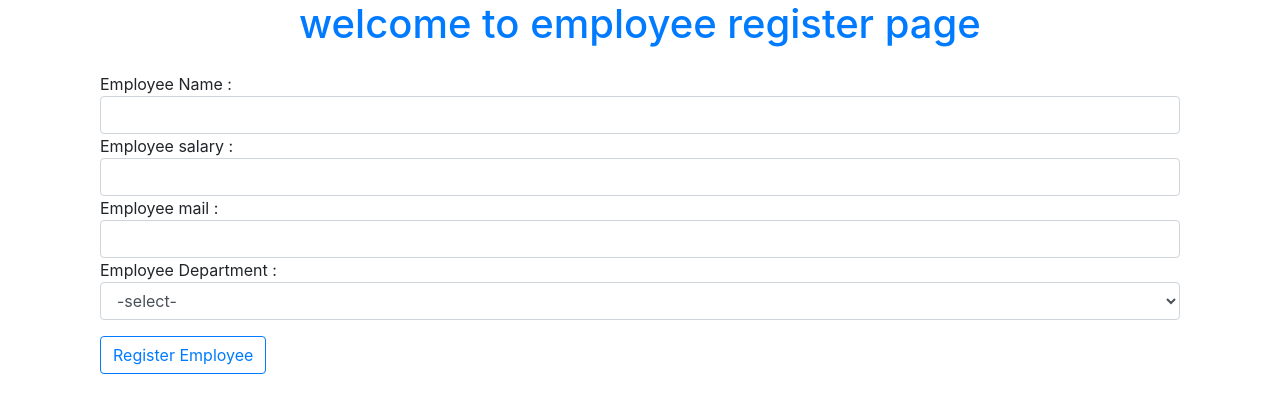
Repository: lokeshsukhwal/EmployeeMiniProject
Page: http://localhost/EmployeeEdit
These files come from the project's save history. The page is drawn as it stood at one moment and after the next save; the edit follows.
The browser window is 1280 px wide. The pictures show the whole page.
The page is this project's Thymeleaf template; nobody is signed in. The template is opened directly, without the code that normally fills it, so the values that code supplies are empty.

Above is the page before, as saved 2023-01-16 16:08:30.

### SpringBootMvc-ThymeleafMySqlCrudMiniProject/src/main/resources/templates/EmployeeEdit.html
<!DOCTYPE html>
<html xmlns:th="https://www.thymeleaf.org/">
<head>
<meta charset="ISO-8859-1">
<title>Employee register page</title>
<link rel="stylesheet"
	href="https://cdn.jsdelivr.net/npm/bootstrap@4.0.0/dist/css/bootstrap.min.css"
	integrity="sha384-Gn5384xqQ1aoWXA+058RXPxPg6fy4IWvTNh0E263XmFcJlSAwiGgFAW/dAiS6JXm"
	crossorigin="anonymous">
</head>
<body>
<div class="container">
	<h1 class=" text-primary text-center">welcome to employee register page</h1>
	<div class="container">
		<form th:action="@{/employee/save}" method="POST" class="mt-4 form">
			Employee Name : <input type="text" name="empName"class="form-control">
			Employee salary : <input type="text" name="empSalary"class="form-control">
			Employee mail : <input type="email" name="empMail"class="form-control">
			Employee Department : <select name="department" class="form-control">
										<option value="#">-select-</option>
										<option value="dev">DEV</option>
										<option value="ba">BA</option>
										<option value="qa">QA</option>
								  </select>

		<button type="submit" class="btn btn-outline-primary mt-3">Register Employee</button>

		</form>


		<h4 th:text="${message}" class="bg-success text-white mt-4 text-center"></h4>
	</div>
	</div>

</body>
</html>

After the next save:
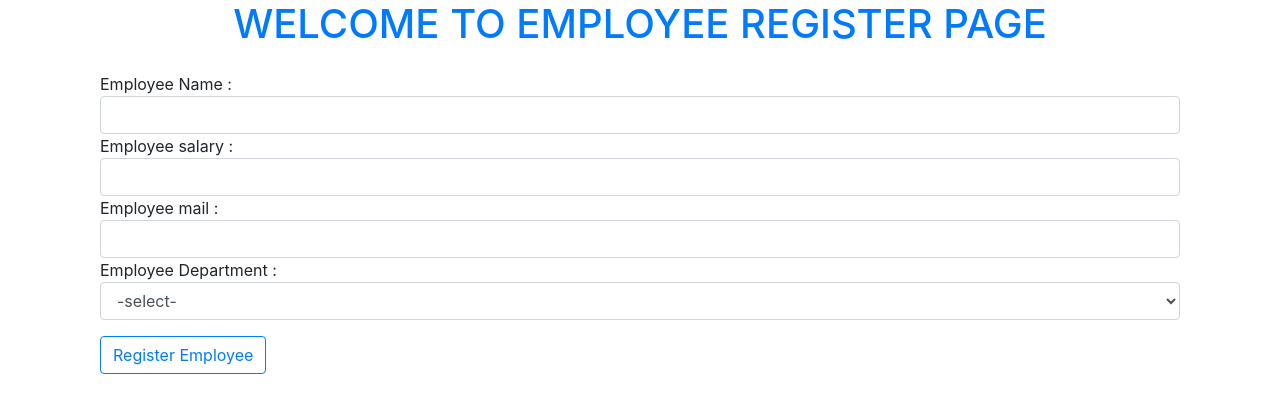
Saved 50 s later.
--- a/SpringBootMvc-ThymeleafMySqlCrudMiniProject/src/main/resources/templates/EmployeeEdit.html
+++ b/SpringBootMvc-ThymeleafMySqlCrudMiniProject/src/main/resources/templates/EmployeeEdit.html
@@ -10,7 +10,7 @@
 </head>
 <body>
 <div class="container">
-	<h1 class=" text-primary text-center">welcome to employee register page</h1>
+	<h1 class=" text-primary text-center">WELCOME TO EMPLOYEE REGISTER PAGE</h1>
 	<div class="container">
 		<form th:action="@{/employee/save}" method="POST" class="mt-4 form">
 			Employee Name : <input type="text" name="empName"class="form-control">
